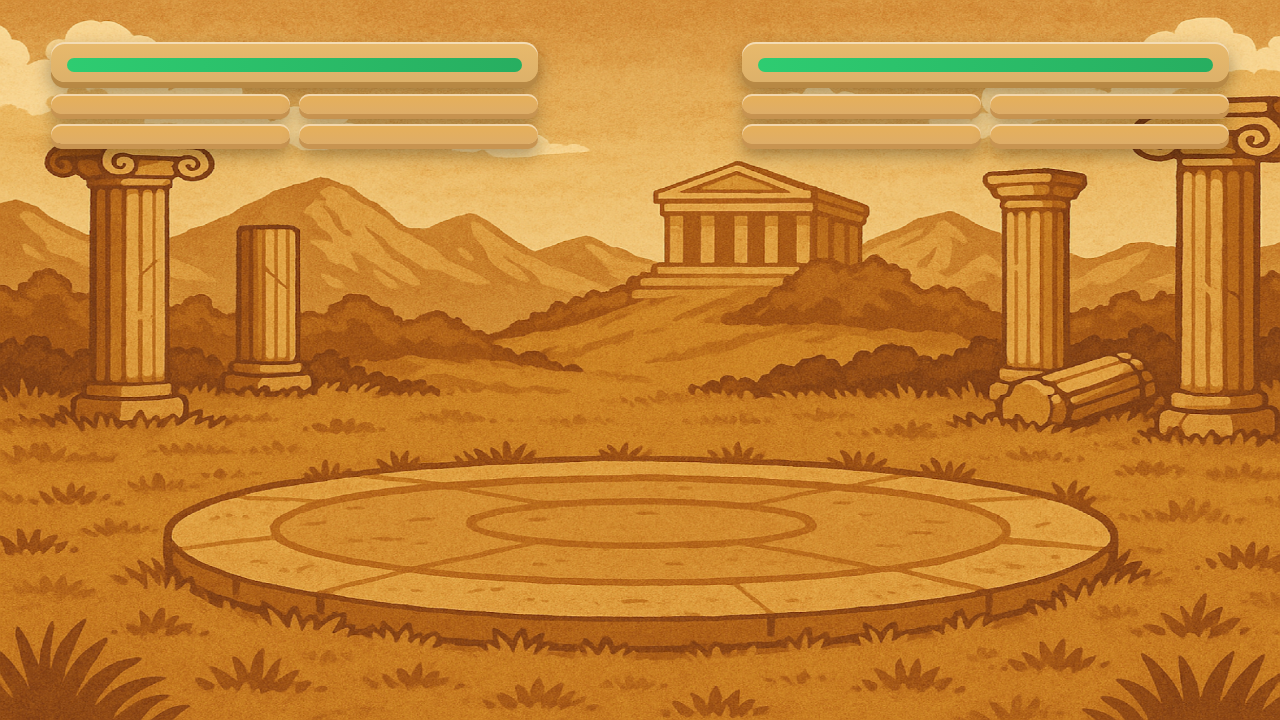
Repository: brianabariteau/Web-1-Final-Project-2025
Page: features/game/game.html
An editor plug-in stored every save of this project. The page is shown before and after the next save, followed by the edit.
The browser window is 1280 px wide. The pictures show the whole page.
Some web fonts or font styles are not loaded; a fallback is used.

Above is the page before, as saved 2025-12-23 18:15:37.

After the next save:
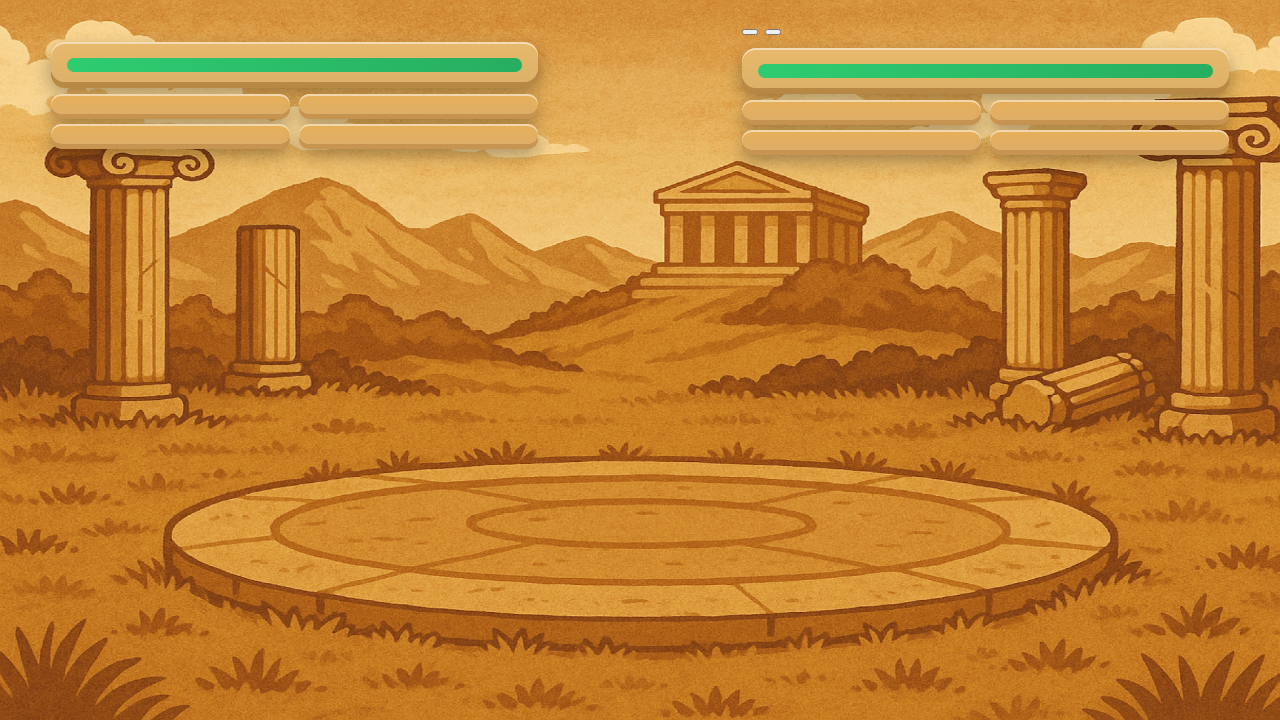
Saved 17 s later.
--- a/features/game/game.js
+++ b/features/game/game.js
@@ -112,6 +112,7 @@ $(player2Moves).append(player2Move1, player2Move2, player2Move3, player2Move4);
 const player2Abilities = $("<div>").addClass("player2-abilities");
 const player2ability1 = $("<button>").addClass("player2-ability1");
 const player2ability2 = $("<button>").addClass("player2-ability2");
+$(player2Abilities).append(player2ability1, player2ability2);
 
 $(player2battle).append(player2Abilities, player2Name, player2Moves);
 
